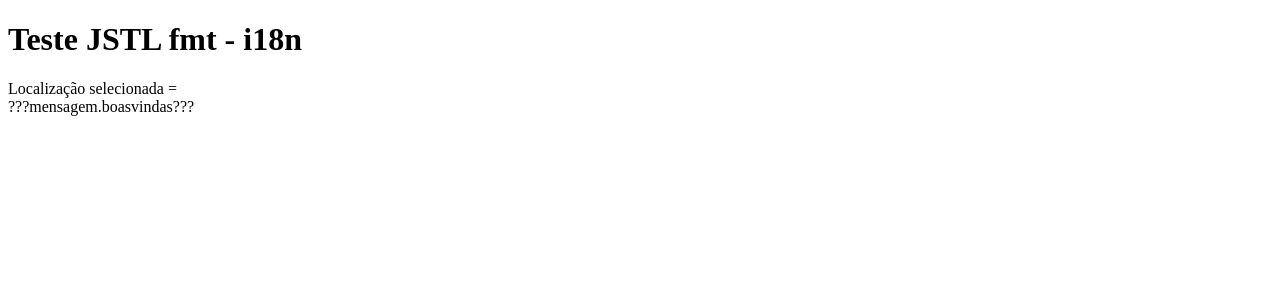
Repository: GabrielGGhost/EstudoJavaAW1-AW2
Page: http://localhost/estudos10/jsp/exemploI18N.jsp
The author's editor kept a copy of each file at every save. The page is drawn from the files as they stood at one save, then again after the next save.
The browser window is 1280 px wide. The pictures show the whole page.
The page is served by Tomcat 9.

Above is the page before, as saved 2020-10-23 17:10:26.

### estudos10/WebContent/jsp/exemploI18N.jsp
<%@ page language="java" contentType="text/html; charset=ISO-8859-1"
    pageEncoding="ISO-8859-1"%>

<%@ taglib uri="http://java.sun.com/jsp/jstl/fmt" prefix="fmt" %>
<!DOCTYPE html PUBLIC "-//W3C//DTD HTML 4.01 Transitional//EN" "http://www.w3.org/TR/html4/loose.dtd">
<html>
<head>
<meta http-equiv="Content-Type" content="text/html; charset=ISO-8859-1">
<title>Teste de i18n com JSTL</title>
</head>
<body>
	<h1>Teste JSTL fmt - i18n</h1>
	Localização selecionada = ${param.language} <br/>
	<fmt:setLocale value="{param.language}"/>
		<fmt:bundle basename="com.estudo.bundles.${param.language}">
			<fmt:message key="mensagem.boasvindas"> </fmt:message>
		</fmt:bundle>
</body>
</html>

After the next save:
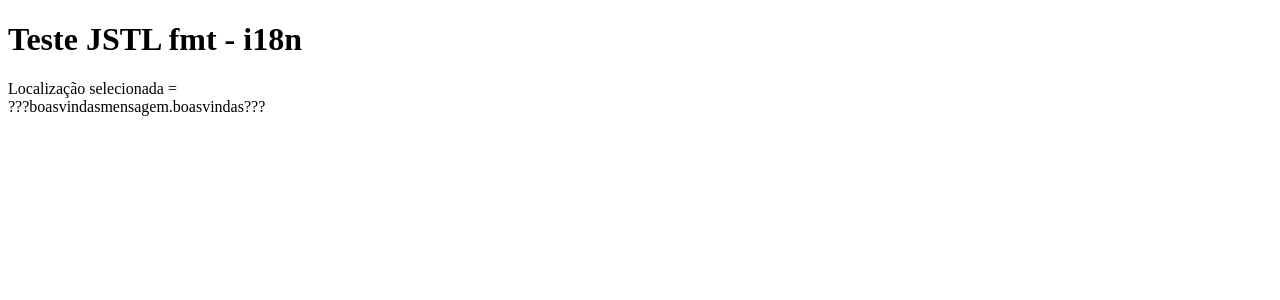
Saved 12 s later.
--- a/estudos10/WebContent/jsp/exemploI18N.jsp
+++ b/estudos10/WebContent/jsp/exemploI18N.jsp
@@ -12,7 +12,7 @@
 	<h1>Teste JSTL fmt - i18n</h1>
 	Localização selecionada = ${param.language} <br/>
 	<fmt:setLocale value="{param.language}"/>
-		<fmt:bundle basename="com.estudo.bundles.${param.language}">
+		<fmt:bundle basename="com.estudo.bundles.${param.language}" prefix="boasvindas">
 			<fmt:message key="mensagem.boasvindas"> </fmt:message>
 		</fmt:bundle>
 </body>
